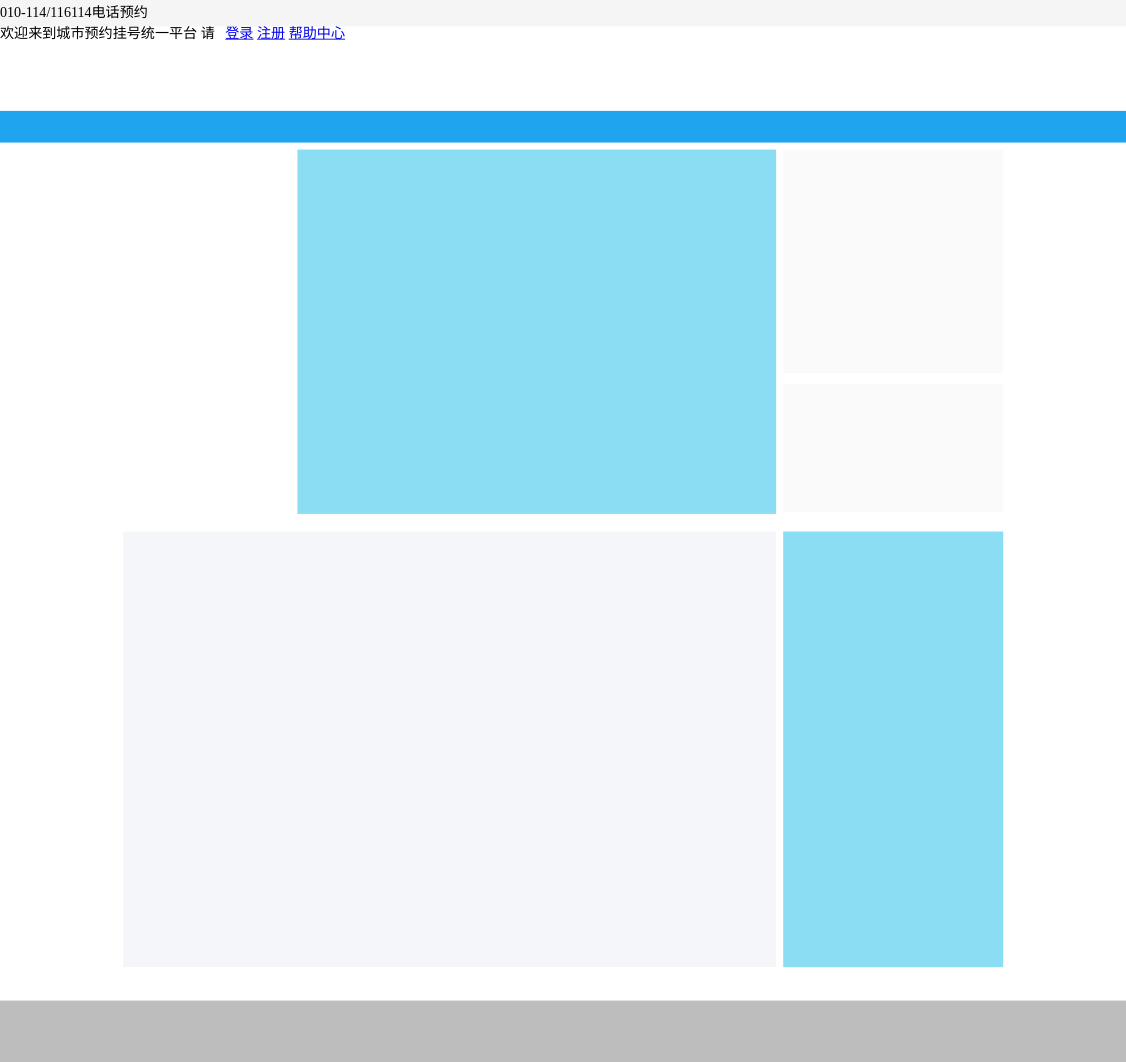
Repository: zhenzhen-gong/HospitalDemo
Page: index.html
An editor plug-in stored every save of this project. The page is shown before and after the next save, followed by the edit.
The browser window is 1280 px wide. The pictures show the whole page, at 88% of full size.

Above is the page before, as saved 2020-07-07 18:32:27.

### index.html
<!DOCTYPE html>
<html lang="en">

<head>
    <meta charset="UTF-8">
    <meta name="viewport" content="width=device-width, initial-scale=1.0">
    <title>城市医院预约平台</title>
    <link rel="stylesheet" href="css/style.css">
    <script src="js/script.js"></script>
</head>

<body>
    <div class="top">
        <div class="wrap">
            <div class="call">010-114/116114电话预约</div>
            <div class="welcom">
                欢迎来到城市预约挂号统一平台&nbsp;请&nbsp;&nbsp;
                <a href="#">登录</a>
                <a href="#">注册</a>
                <a href="#">帮助中心</a>
            </div>
        </div>
    </div>
    <div class="header">
        <div class="logo"></div>
        <div class="search"></div>
    </div>
    <div class="nav">
        <div class="nav-menu"></div>
    </div>
    <div class="banner">
        <div class="banner-slider"></div>
        <div class="banner-right">
            <div class="banner-search"></div>
            <div class="banner-help"></div>
        </div>
    </div>
    <div class="content">
        <div class="tad">
            <div class="tab-hosital"></div>
            <div class="tab-department"></div>
        </div>
        <div class="content-right">
            <div class="news"></div>
            <div class="close"></div>
        </div>
    </div>
    <div class="footer"></div>
</body>

</html>

### css/style.css
*{
    margin: 0;
    padding: 0;
}
/* top部分样式 */
.top{
    height: 30px;
    width: 100%;
    background: #f5f5f5;
}

/* header部分 */
.header{
    width: 100%;
    height: 96px;
}

/* nva导航部分 */
.nav{
    width: 100%;
    height: 36px;
    background: #1fa4f0;
}
/* banner部分 */
.banner{
    height: 432px;
    width: 1000px;
    margin: 0 auto;
    padding-left: 190px;
    box-sizing: border-box;
}
.banner-slider{
    height: 414px;
    width: 544px;
    background: #8bddf3;
    margin: 8px 8px 0 8px ;
    float: left;
}
.banner-right{
    float: right;
    width: 250px;
    height: 414px;
    margin-top: 8px;
}
.banner-right .banner-search{
    height: 254px;
    background: #fafafa;
    margin-bottom: 12px;
}
.banner-right .banner-help{
    height: 146px;
    background: #fafafa;
}
/* content部分 */
.content{
    height: 495px;
    width: 1000px;
    margin: 10px auto 38px;
}
.content .tad{
    float: left;
    background: #f4f6fa;
    height: 495px;
    width: 742px;
}
.content .content-right{
    float: right;
    width: 250px;
    height: 495px;
    margin-left: 8px;
    background: #8bddf3;
}
/* footer部分 */
.footer{
    height: 70px;
    width: 100%;
    background: #bdbdbe;
}

Loaded but not shown: js/script.js (no stored copy; drawn as an empty file)

After the next save:
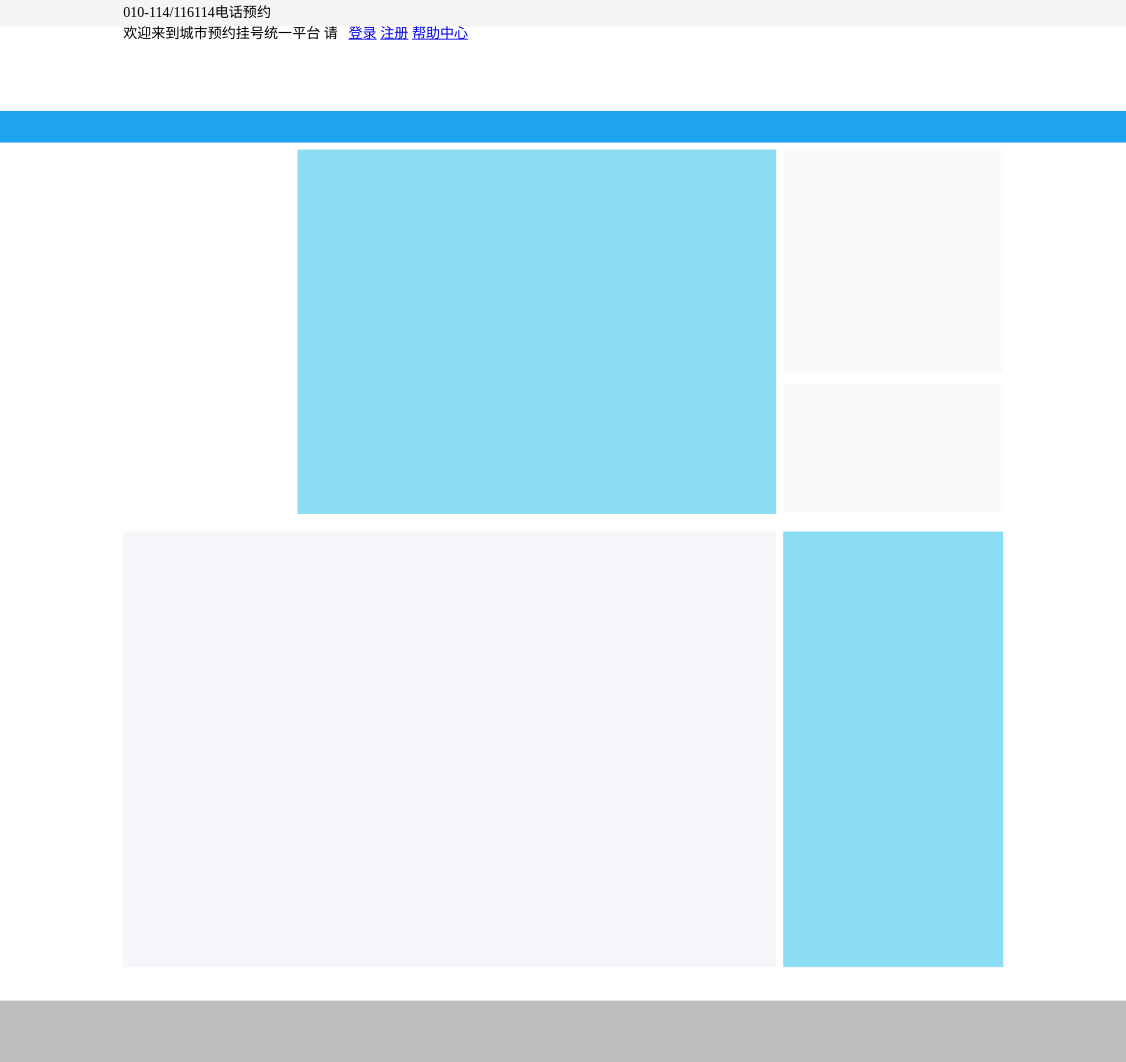
Saved 2 min 37 s later.
--- a/css/style.css
+++ b/css/style.css
@@ -7,6 +7,10 @@
     height: 30px;
     width: 100%;
     background: #f5f5f5;
+}
+.top .wrap{
+    width: 1000px;
+    margin: auto;
 }
 
 /* header部分 */

After the 2 saves that followed:
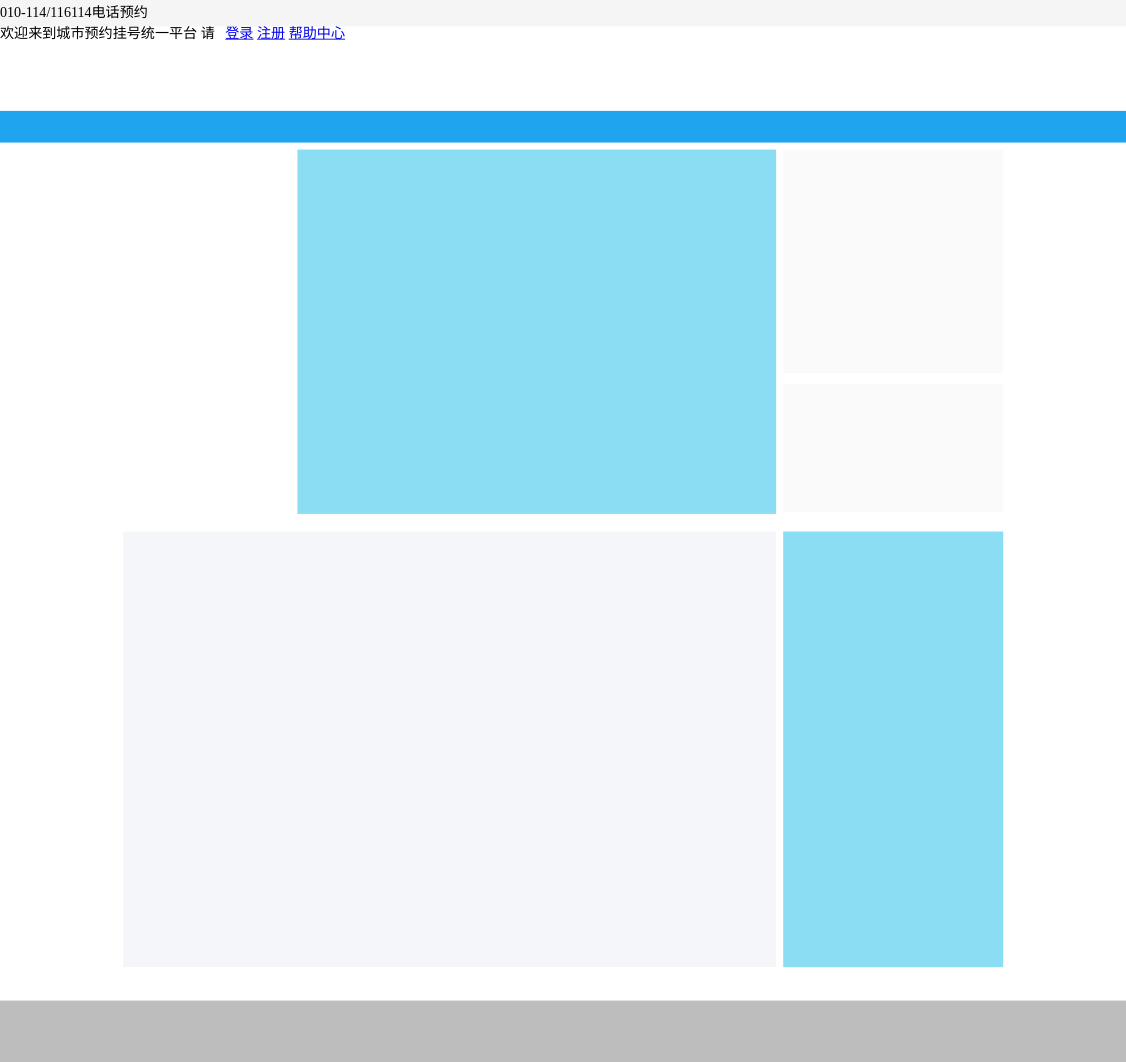
The 2 saves are shown as one change because 1 left the picture as it was.
The last was saved 55 s later.
--- a/css/style.css
+++ b/css/style.css
@@ -11,8 +11,11 @@
 .top .wrap{
     width: 1000px;
     margin: auto;
+    display: inline-block;
 }
+.top .wrap .welcom{
 
+}
 /* header部分 */
 .header{
     width: 100%;
